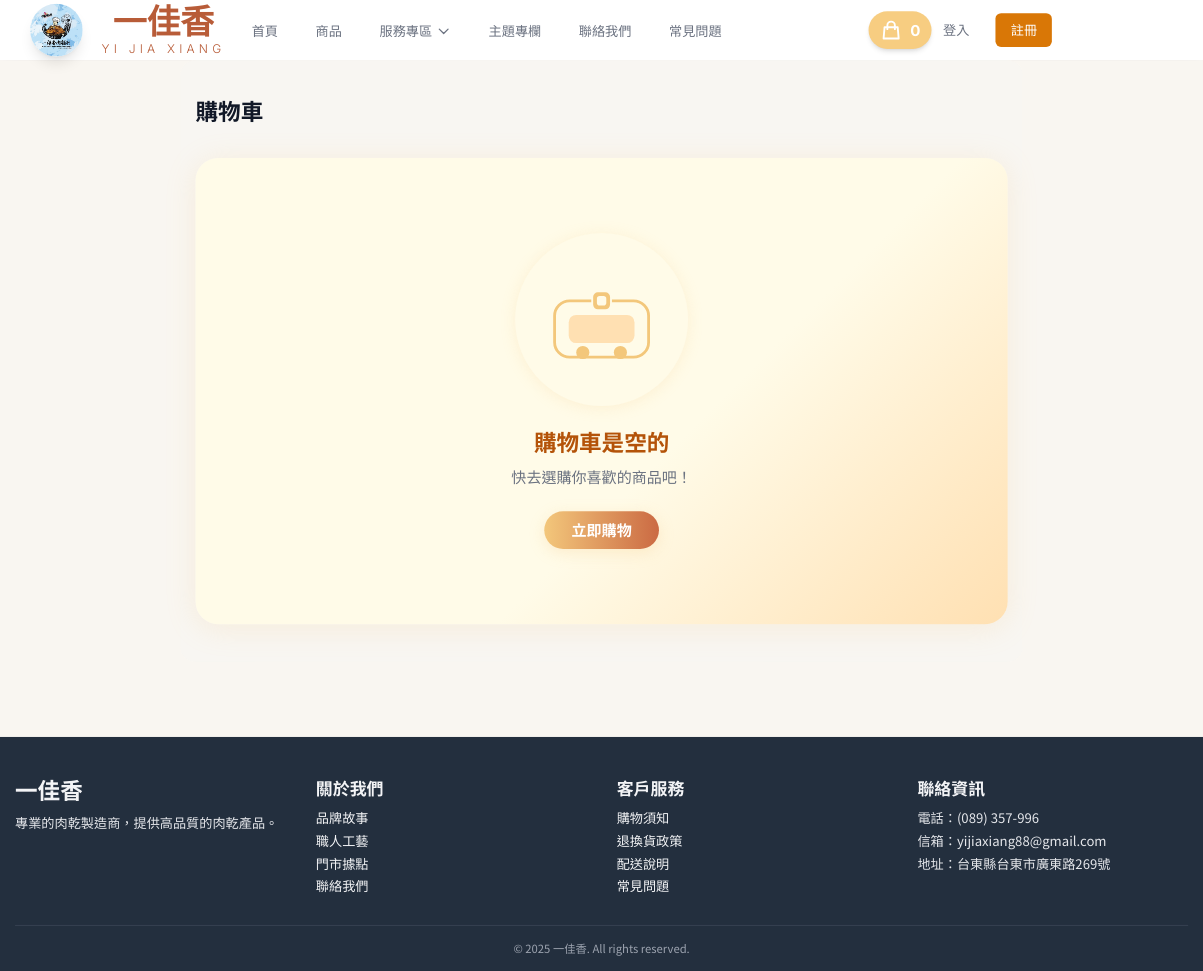
Repository: jack74387/YI-JIA-XIANG
Page: /cart (app in frontend/)
The author's editor kept a copy of each file at every save. The page is drawn from the files as they stood at one save, then again after the next save.
The browser window is 1280 px wide. The pictures show the whole page, at 94% of full size.
The page's requests for data from a server got no answer. The project was rebuilt for these pictures with package versions that can differ from the ones it lists, and the page was loaded fresh each time. No one was signed in, and anything a server would have sent is missing. Also part of the build but not shown: frontend/vite.config.ts, frontend/src/components/ArticleBlock.vue, frontend/src/views/HomeView.vue, frontend/src/components/ProductImageGallery.vue, frontend/src/components/ProductInfo.vue, frontend/src/components/ProductTabs.vue, frontend/src/components/ProductAddToCartModal.vue, frontend/src/views/ProductDetailView.vue and 1 more.

Above is the page before, as saved 2025-08-14 08:22:16.

### frontend/index.html
<!DOCTYPE html>
<html lang="zh-TW">
  <head>
    <meta charset="UTF-8">
    <link rel="icon" href="/favicon.ico">
    <meta name="viewport" content="width=device-width, initial-scale=1.0">
    <title>一佳香肉脯行</title>
    <meta name="description" content="一佳香肉脯行是台東知名的肉品加工廠，提供高品質的肉品加工產品，傳承半甲子工藝技術。">
    <meta name="keywords" content="肉品,加工,一佳香,台灣肉品,肉品加工">

    <!-- Open Graph / Facebook -->
    <meta property="og:type" content="website">
    <meta property="og:url" content="https://yijiaxiang.com/">
    <meta property="og:title" content="一佳香肉脯行 - 專業肉品加工廠">
    <meta property="og:description" content="傳承半甲子工藝，提供高品質肉品加工產品">
    <meta property="og:image" content="/images/logo.jpg">

    <!-- Twitter -->
    <meta property="twitter:card" content="summary_large_image">
    <meta property="twitter:url" content="https://yijiaxiang.com/">
    <meta property="twitter:title" content="一佳香肉脯行 - 專業肉品加工廠">
    <meta property="twitter:description" content="傳承半甲子工藝，提供高品質肉品加工產品">
    <meta property="twitter:image" content="/images/logo.jpg">

    <!-- 預載入字體 -->
    <link rel="preconnect" href="https://fonts.googleapis.com">
    <link rel="preconnect" href="https://fonts.gstatic.com" crossorigin>
    <link href="https://fonts.googleapis.com/css2?family=Inter:wght@300;400;500;600;700&family=Noto+Sans+TC:wght@300;400;500;700&display=swap" rel="stylesheet">
  </head>
  <body>
    <div id="app"></div>
    <script type="module" src="/src/main.ts"></script>
  </body>
</html>

### frontend/src/main.ts
import { createApp } from 'vue'
import { createPinia } from 'pinia'
import App from './App.vue'
import router from './router'
import { useAuthStore } from './stores/auth'
import axios from 'axios'
import './style.css'

// 設定 axios 預設配置
axios.defaults.baseURL = import.meta.env.VITE_API_BASE_URL || `${window.location.protocol}//${window.location.hostname}:8000`
axios.defaults.headers.common['Content-Type'] = 'application/json'
axios.defaults.headers.common['Accept'] = 'application/json'
axios.defaults.withCredentials = false // 不使用 cookies

// 添加請求攔截器
axios.interceptors.request.use(
  (config) => {
    // 從 localStorage 獲取 token
    const token = localStorage.getItem('auth_token')
    if (token) {
      config.headers.Authorization = `Bearer ${token}`
    }
    return config
  },
  (error) => {
    return Promise.reject(error)
  }
)

// 添加回應攔截器
axios.interceptors.response.use(
  (response) => {
    return response
  },
  (error) => {
    if (error.response?.status === 401) {
      // Token 無效，清除本地儲存並跳轉到登入頁面
      localStorage.removeItem('auth_token')
      localStorage.removeItem('auth_user')
      window.location.href = '/login'
    }
    return Promise.reject(error)
  }
)

const app = createApp(App)
const pinia = createPinia()

app.use(pinia)
app.use(router)

// 初始化認證狀態
const authStore = useAuthStore()
authStore.initAuth()

app.mount('#app')

### frontend/src/App.vue
<template>
  <div>
    <Navigation v-if="!isAdmin" />
    <Sidebar v-if="!isAdmin" class="lg:hidden" />
    <div class="main-content min-h-screen bg-[#f9f6f1] transition-all duration-300 pb-20">
      <router-view />
    </div>
    <Footer v-if="!isAdmin" />
  </div>
</template>

<script setup lang="ts">
import { onMounted, computed, watch } from 'vue'
import { useRoute } from 'vue-router'
import Navigation from '@/components/Navigation.vue'
import Sidebar from '@/components/Sidebar.vue'
import Footer from '@/components/Footer.vue'
import { useAuthStore } from '@/stores/auth'

const authStore = useAuthStore()
const route = useRoute()
const isAdmin = computed(() => route.path.startsWith('/admin'))

onMounted(() => {
  // 初始化認證狀態
  authStore.initAuth()
})

watch(
  () => route.fullPath,
  () => {
    window.scrollTo(0, 0)
    document.body.scrollTop = 0
    document.documentElement.scrollTop = 0
    const app = document.getElementById('app')
    if (app) app.scrollTop = 0
    const mainLayout = document.querySelector('.main-layout')
    if (mainLayout) (mainLayout as HTMLElement).scrollTop = 0
  }
)
</script>

<style scoped>
/* 保留原有的樣式，但移除導航相關樣式 */
</style>

### frontend/src/style.css
@import url('https://fonts.googleapis.com/css2?family=Inter:wght@300;400;500;600;700&family=Noto+Sans+TC:wght@300;400;500;700&display=swap');

@tailwind base;
@tailwind components;
@tailwind utilities;

@layer base {
  html {
    font-family: 'Inter', 'Noto Sans TC', sans-serif;
  }

  body {
    @apply bg-gray-50 text-gray-900;
  }
}

@layer components {
  .btn-primary {
    @apply bg-primary-600 hover:bg-primary-700 text-white font-medium py-2 px-4 rounded-lg transition-colors duration-200;
  }

  .btn-secondary {
    @apply bg-gray-200 hover:bg-gray-300 text-gray-800 font-medium py-2 px-4 rounded-lg transition-colors duration-200;
  }

  .card {
    @apply bg-white rounded-lg shadow-md p-6;
  }

  .input-field {
    @apply w-full px-3 py-2 border border-gray-300 rounded-lg focus:outline-none focus:ring-2 focus:ring-primary-500 focus:border-transparent;
  }
}

img {
  max-width: 100%;
  height: auto;
  display: block;
}

@media (max-width: 600px) {
  .btn-primary, .btn-secondary, .card, .input-field {
    font-size: 1rem;
    padding-left: 1em;
    padding-right: 1em;
  }
  .card {
    padding: 1em;
  }
}

### frontend/src/components/Navigation.vue
<template>
  <nav class="bg-white shadow-lg">
    <div class="max-w-7xl mx-auto px-4 sm:px-6 lg:px-8">
      <div class="flex justify-between h-16">
        <div class="flex items-center">
          <router-link to="/" class="flex items-center space-x-5">
            <img src="/images/logo.jpg" alt="品牌LOGO" class="h-14 w-14 rounded-full object-cover shadow-lg" />
            <div class="flex flex-col items-center justify-center leading-tight">
              <span
                class="text-[2.25rem] font-black"
                style="font-family: 'Noto Serif TC', 'Microsoft JhengHei', '微軟正黑體', serif; color: #b85c38; line-height: 1;"
              >一佳香</span>
              <span
                class="text-[0.8rem] font-light uppercase tracking-[0.35em] mt-1"
                style="color: #b85c38; letter-spacing: 0.35em; line-height: 1;"
              >YI JIA XIANG</span>
            </div>
          </router-link>
          <div class="hidden sm:ml-6 sm:flex sm:space-x-8">
            <router-link
              to="/"
              class="border-transparent text-gray-500 hover:border-gray-300 hover:text-gray-700 inline-flex items-center px-1 pt-1 border-b-2 text-sm font-medium"
              active-class="border-amber-500 text-gray-900"
            >
              首頁
            </router-link>
            <router-link
              to="/products"
              class="border-transparent text-gray-500 hover:border-gray-300 hover:text-gray-700 inline-flex items-center px-1 pt-1 border-b-2 text-sm font-medium"
              active-class="border-amber-500 text-gray-900"
            >
              商品
            </router-link>
            <!-- 服務專區下拉選單 -->
            <div class="relative" @mouseenter="isServiceMenuOpen = true" @mouseleave="isServiceMenuOpen = false">
              <button
                class="border-transparent text-gray-500 hover:border-gray-300 hover:text-gray-700 inline-flex items-center px-1 pt-1 border-b-2 text-sm font-medium focus:outline-none"
                type="button"
              >
                服務專區
                <svg class="ml-1 w-4 h-4" fill="none" stroke="currentColor" viewBox="0 0 24 24">
                  <path stroke-linecap="round" stroke-linejoin="round" stroke-width="2" d="M19 9l-7 7-7-7" />
                </svg>
              </button>
              <div
                v-show="isServiceMenuOpen"
                class="absolute left-0 top-full mt-0 rounded-xl shadow-lg bg-white ring-1 ring-black ring-opacity-5 z-50 block px-4 py-3 min-w-[220px]"
              >
                  <router-link to="/line-friend" class="service-link block w-full text-left">LINE好友專區</router-link>
                  <router-link to="/group-order" class="service-link block w-full text-left">團購/企業訂購</router-link>
                  <router-link to="/gift" class="service-link block w-full text-left">禮盒加值服務</router-link>
                  <router-link to="/food-trace" class="service-link block w-full text-left">食品履歷查詢</router-link>
                  <router-link to="/store-locator" class="service-link block w-full text-left">門市據點</router-link>
                  <div class="h-px bg-gray-200 my-2"></div>
              </div>
            </div>
            <!-- 主題專欄 -->
            <router-link
              to="/articles"
              class="border-transparent text-gray-500 hover:border-gray-300 hover:text-gray-700 inline-flex items-center px-1 pt-1 border-b-2 text-sm font-medium"
              active-class="border-amber-500 text-gray-900"
            >
              主題專欄
            </router-link>
            <!-- 其他主選單 -->
            <router-link
              to="/contact"
              class="border-transparent text-gray-500 hover:border-gray-300 hover:text-gray-700 inline-flex items-center px-1 pt-1 border-b-2 text-sm font-medium"
              active-class="border-amber-500 text-gray-900"
            >
              聯絡我們
            </router-link>
            <router-link
              to="/faq"
              class="border-transparent text-gray-500 hover:border-gray-300 hover:text-gray-700 inline-flex items-center px-1 pt-1 border-b-2 text-sm font-medium"
              active-class="border-amber-500 text-gray-900"
            >
              常見問題
            </router-link>
          </div>
        </div>

        <div class="hidden sm:ml-6 sm:flex sm:items-center">
          <!-- 購物車 -->
          <router-link
            to="/cart"
            class="flex items-center px-3 py-1 bg-[#f7cd81] rounded-full shadow-md hover:bg-[#f5c46a] transition-colors duration-200 group"
            style="min-width:64px; min-height:40px;"
          >
            <svg class="h-6 w-6 text-white mr-2" fill="none" viewBox="0 0 24 24" stroke="currentColor">
              <path stroke-linecap="round" stroke-linejoin="round" stroke-width="2" d="M16 11V7a4 4 0 00-8 0v4M5 9h14l1 12H4L5 9z" />
            </svg>
            <span class="text-white text-base font-bold select-none">{{ cartStore.itemCount }}</span>
          </router-link>

          <!-- 用戶選單 -->
          <div v-if="authStore.isAuthenticated" class="ml-3 relative user-menu">
            <div>
              <button
                @click="toggleUserMenu"
                class="max-w-xs bg-white flex items-center text-sm rounded-full focus:outline-none focus:ring-2 focus:ring-offset-2 focus:ring-amber-500"
              >
                <div class="h-8 w-8 rounded-full bg-amber-600 flex items-center justify-center text-white font-medium">
                  {{ authStore.userInitials }}
                </div>
                <span class="ml-2 text-gray-700">{{ authStore.user?.name }}</span>
                <svg class="ml-1 h-4 w-4 text-gray-400" fill="none" viewBox="0 0 24 24" stroke="currentColor">
                  <path stroke-linecap="round" stroke-linejoin="round" stroke-width="2" d="M19 9l-7 7-7-7" />
                </svg>
              </button>
            </div>

            <!-- 下拉選單 -->
            <div
              v-show="isUserMenuOpen"
              class="origin-top-right absolute right-0 mt-2 w-48 rounded-md shadow-lg py-1 bg-white ring-1 ring-black ring-opacity-5 focus:outline-none z-50"
              @click.stop
            >
              <router-link
                to="/profile"
                class="block px-4 py-2 text-sm text-gray-700 hover:bg-gray-100"
                @click="closeUserMenu"
              >
                個人資料
              </router-link>
              <router-link
                to="/orders"
                class="block px-4 py-2 text-sm text-gray-700 hover:bg-gray-100"
                @click="closeUserMenu"
              >
                我的訂單
              </router-link>
              <router-link
                to="/points"
                class="block px-4 py-2 text-sm text-gray-700 hover:bg-gray-100"
                @click="closeUserMenu"
              >
                我的點數
              </router-link>
              <router-link
                to="/coupon"
                class="block px-4 py-2 text-sm text-gray-700 hover:bg-gray-100"
                @click="closeUserMenu"
              >
                我的優惠券
              </router-link>
              <router-link
                to="/member-center"
                class="block px-4 py-2 text-sm text-gray-700 hover:bg-gray-100"
                @click="closeUserMenu"
              >
                會員中心
              </router-link>
              <div class="border-t border-gray-100"></div>
              <button
                @click="handleLogout"
                class="flex items-center w-full text-left px-4 py-2 text-sm text-red-600 hover:bg-red-50 hover:text-red-700 transition-colors duration-200"
              >
                <svg class="w-4 h-4 mr-2" fill="none" stroke="currentColor" viewBox="0 0 24 24">
                  <path stroke-linecap="round" stroke-linejoin="round" stroke-width="2" d="M17 16l4-4m0 0l-4-4m4 4H7m6 4v1a3 3 0 01-3 3H6a3 3 0 01-3-3V7a3 3 0 013-3h4a3 3 0 013 3v1" />
                </svg>
                登出
              </button>
            </div>
          </div>

          <!-- 登入/註冊按鈕 -->
          <div v-else class="flex space-x-4">
            <router-link
              to="/login"
              class="text-gray-500 hover:text-gray-700 px-3 py-2 rounded-md text-sm font-medium"
            >
              登入
            </router-link>
            <router-link
              to="/register"
              class="bg-amber-600 hover:bg-amber-700 text-white px-4 py-2 rounded-md text-sm font-medium"
            >
              註冊
            </router-link>
          </div>
        </div>

        <!-- 手機版選單按鈕，改為觸發 Sidebar.vue -->
        <Sidebar />
      </div>
    </div>

    <!-- 登出確認對話框 -->
    <LogoutConfirmDialog
      :show="showLogoutDialog"
      @close="showLogoutDialog = false"
    />
  </nav>
</template>

<script setup lang="ts">
import { ref, onMounted, onUnmounted } from 'vue'
import { useRouter } from 'vue-router'
import { useAuthStore } from '@/stores/auth'
import { useCartStore } from '@/stores/cart'
import LogoutConfirmDialog from './LogoutConfirmDialog.vue'
// 1. 匯入 Sidebar.vue
import Sidebar from './Sidebar.vue'

const router = useRouter()
const authStore = useAuthStore()
const cartStore = useCartStore()

const isUserMenuOpen = ref(false)
const isServiceMenuOpen = ref(false)
const showLogoutDialog = ref(false)

const toggleUserMenu = () => {
  isUserMenuOpen.value = !isUserMenuOpen.value
}

const closeUserMenu = () => {
  isUserMenuOpen.value = false
}

const handleLogout = () => {
  // 顯示登出確認對話框
  showLogoutDialog.value = true
  isUserMenuOpen.value = false
}

// 處理點擊外部關閉用戶選單
const handleClickOutside = (event: Event) => {
  const userMenu = document.querySelector('.user-menu')
  if (userMenu && !userMenu.contains(event.target as Node)) {
    isUserMenuOpen.value = false
  }
}

// 在組件掛載時添加事件監聽器
onMounted(() => {
  document.addEventListener('click', handleClickOutside)
})

// 在組件卸載時移除事件監聽器
onUnmounted(() => {
  document.removeEventListener('click', handleClickOutside)
})
</script>

<style scoped>
/* 讓 logo 與品牌文字更貼近，品牌文字更像圖片 */
.service-link {
  color: #7c5a1a;
  font-size: 1rem;
  font-weight: 600;
  border-radius: 0.8em;
  padding: 0.7em 1.1em;
  text-decoration: none;
  transition: color 0.18s, text-decoration 0.18s;
  margin: 0.1em 0;
  display: block;
  letter-spacing: 0.01em;
}
.service-link:hover, .service-link.router-link-active {
  color: #b8860b;
  text-decoration: underline;
  background: none;
  box-shadow: none;
}
.divider {
  height: 1px;
  background: #f3e9d2;
  margin: 0.1em 0;
}
</style>

### frontend/src/stores/adminAuth.ts
import { defineStore } from 'pinia'
import axios from 'axios'

export const useAdminAuthStore = defineStore('adminAuth', {
  state: () => ({
    isAuthenticated: false,
    token: '',
    user: null as null | { id: number; name: string; email: string },
  }),
  actions: {
    async initAuth() {
      // 嘗試從 localStorage 讀取 admin token
      const token = localStorage.getItem('admin_token')
      if (token) {
        try {
          // 驗證 token 是否有效
          const response = await axios.get('/api/v1/auth/user', {
            headers: {
              'Authorization': `Bearer ${token}`
            }
          })

          if (response.data.success) {
            this.token = token
            this.isAuthenticated = true
            this.user = response.data.user

            // 設置 axios 默認 header
            axios.defaults.headers.common['Authorization'] = `Bearer ${token}`
          } else {
            // Token 無效，清除
            this.logout()
          }
        } catch (error) {
          console.error('Token validation failed:', error)
          // Token 無效，清除
          this.logout()
        }
      } else {
        this.isAuthenticated = false
        this.token = ''
        this.user = null
      }
    },
    setAuth(token: string, user: any) {
      this.token = token
      this.isAuthenticated = true
      this.user = user
      localStorage.setItem('admin_token', token)

      // 設置 axios 默認 header
      axios.defaults.headers.common['Authorization'] = `Bearer ${token}`
    },
    logout() {
      this.token = ''
      this.isAuthenticated = false
      this.user = null
      localStorage.removeItem('admin_token')

      // 清除 axios 默認 header
      delete axios.defaults.headers.common['Authorization']
    }
  }
})

### frontend/src/components/SidebarLink.vue
<template>
  <router-link :to="to" class="sidebar-link" active-class="active" @click.native="$emit('close')">
    <span class="icon">
      <component :is="iconComponent" class="w-6 h-6" />
    </span>
    <span class="label">{{ label }}</span>
  </router-link>
</template>

<script setup lang="ts">
import { computed } from 'vue'
import { HomeIcon, ShoppingBagIcon, SparklesIcon, ChatBubbleLeftEllipsisIcon, PhoneIcon, MapIcon, GiftIcon, UsersIcon, ChatBubbleLeftRightIcon } from '@heroicons/vue/24/outline'

const props = defineProps<{ icon: string, to: string, label: string }>()

const iconMap: Record<string, any> = {
  home: HomeIcon,
  'shopping-bag': ShoppingBagIcon,
  sparkles: SparklesIcon,
  'chat-bubble-left-ellipsis': ChatBubbleLeftEllipsisIcon,
  phone: PhoneIcon,
  map: MapIcon,
  gift: GiftIcon,
  users: UsersIcon,
  'chat-bubble-left-right': ChatBubbleLeftRightIcon,
}
const iconComponent = computed(() => iconMap[props.icon] || HomeIcon)
</script>

<style scoped>
.sidebar-link {
  display: flex;
  align-items: center;
  gap: 1rem;
  padding: 0.75rem 1.2rem;
  border-radius: 1em;
  color: #a67c00;
  font-weight: 600;
  font-size: 1.08rem;
  transition: background 0.18s, color 0.18s, box-shadow 0.18s;
  text-decoration: none;
}
.sidebar-link:hover, .sidebar-link.active {
  background: #fffbe9;
  color: #b8860b;
  box-shadow: 0 2px 8px #ffe9b2aa;
}
.icon {
  display: flex;
  align-items: center;
  justify-content: center;
}
.label {
  flex: 1;
}
</style>

### frontend/src/utils/imageUtils.ts
/**
 * 統一的圖片 URL 處理函數
 * 處理前端和後端之間的圖片路徑轉換
 */
export function getImageUrl(imagePath: string | undefined | null): string {
  console.log('=== imageUtils Debug ===')
  console.log('Input imagePath:', imagePath)
  console.log('imagePath type:', typeof imagePath)

  if (!imagePath) {
    console.log('imagePath is empty, returning empty string')
    return ''
  }

  // 獲取 API 基礎 URL，優先使用環境變數
  const apiBaseUrl = import.meta.env.VITE_API_BASE_URL || 'http://localhost:8000'
  console.log('apiBaseUrl:', apiBaseUrl)
  console.log('VITE_API_BASE_URL:', import.meta.env.VITE_API_BASE_URL)

  // 如果已經是完整的 HTTP URL，直接返回
  if (imagePath.startsWith('http')) {
    console.log('imagePath starts with http, returning as is:', imagePath)
    return imagePath
  }

  // 處理錯誤格式：/https://... (後端返回的 Cloudinary URL 前面多了一個 /)
  if (imagePath.startsWith('/http')) {
    const correctedPath = imagePath.substring(1) // 移除開頭的 /
    console.log('imagePath starts with /http, corrected to:', correctedPath)
    return correctedPath
  }

  // 處理 /storage 路徑
  if (imagePath.startsWith('/storage')) {
    const result = `${apiBaseUrl}${imagePath}`
    console.log('imagePath starts with /storage, result:', result)
    return result
  }

  // 如果是相對路徑，加上後端基礎 URL
  if (imagePath.startsWith('/')) {
    const result = `${apiBaseUrl}${imagePath}`
    console.log('imagePath starts with /, result:', result)
    return result
  }

  // 其他情況，直接返回原路徑
  console.log('returning original imagePath:', imagePath)
  return imagePath
}

/**
 * 檢查圖片是否載入成功
 */
export function checkImageLoad(url: string): Promise<boolean> {
  return new Promise((resolve) => {
    const img = new Image()
    img.onload = () => resolve(true)
    img.onerror = () => resolve(false)
    img.src = url
  })
}

/**
 * 獲取圖片尺寸
 */
export function getImageDimensions(url: string): Promise<{ width: number; height: number }> {
  return new Promise((resolve, reject) => {
    const img = new Image()
    img.onload = () => {
      resolve({ width: img.naturalWidth, height: img.naturalHeight })
    }
    img.onerror = () => {
      reject(new Error('圖片載入失敗'))
    }
    img.src = url
  })
}

Loaded but not shown: frontend/tailwind.config.js (41 lines, source omitted); frontend/src/stores/auth.ts (432 lines, source omitted); frontend/src/components/Sidebar.vue (171 lines, source omitted); frontend/src/views/CartView.vue (268 lines, source omitted); frontend/src/router/index.ts (286 lines, source omitted); frontend/src/stores/cart.ts (123 lines, source omitted); frontend/src/components/LogoutConfirmDialog.vue (90 lines, source omitted); frontend/src/components/Footer.vue (61 lines, source omitted)

After the next save:
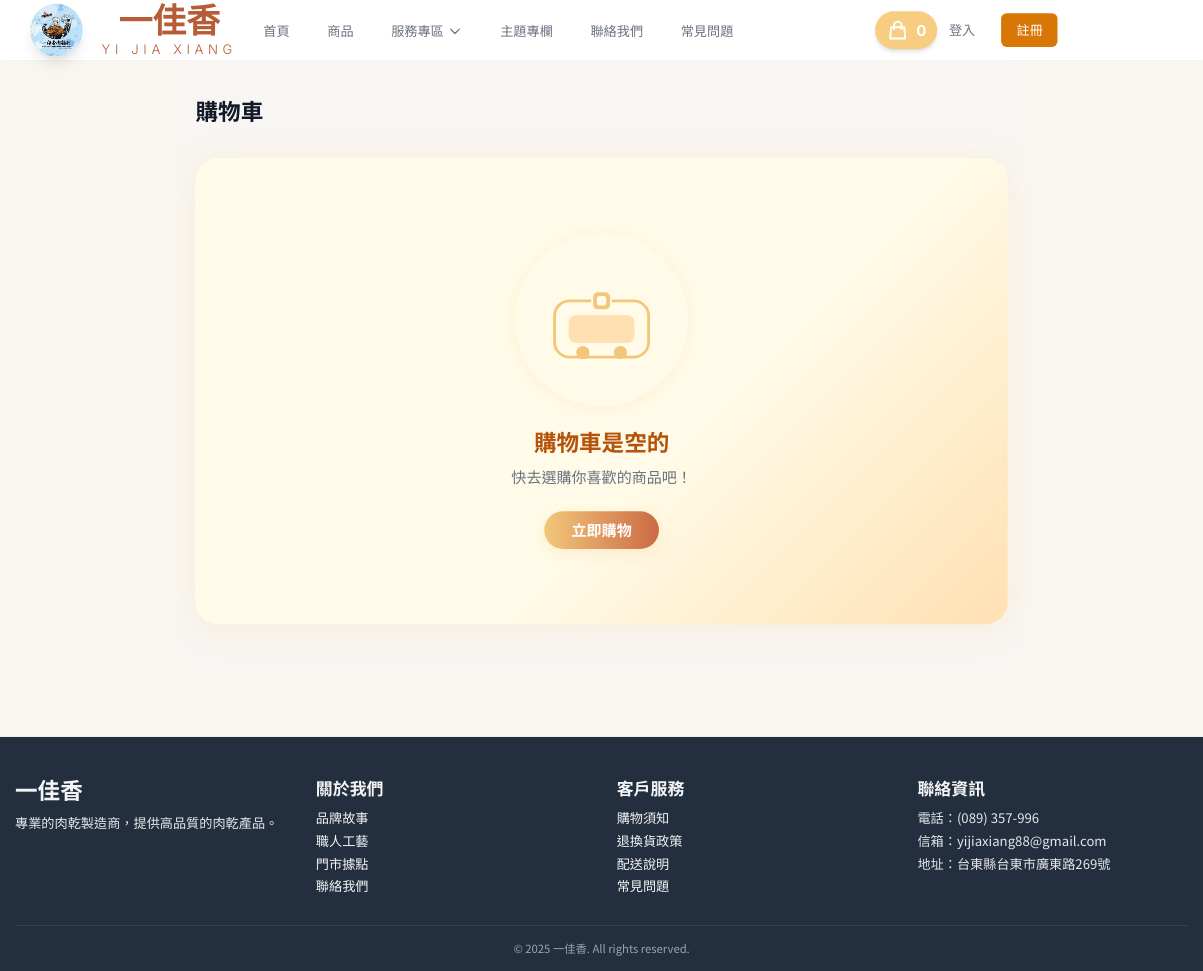
Saved 15 s later.
--- a/frontend/src/components/Navigation.vue
+++ b/frontend/src/components/Navigation.vue
@@ -11,7 +11,7 @@
                 style="font-family: 'Noto Serif TC', 'Microsoft JhengHei', '微軟正黑體', serif; color: #b85c38; line-height: 1;"
               >一佳香</span>
               <span
-                class="text-[0.8rem] font-light uppercase tracking-[0.35em] mt-1"
+                class="text-[0.875rem] font-light uppercase tracking-[0.35em] mt-1"
                 style="color: #b85c38; letter-spacing: 0.35em; line-height: 1;"
               >YI JIA XIANG</span>
             </div>
